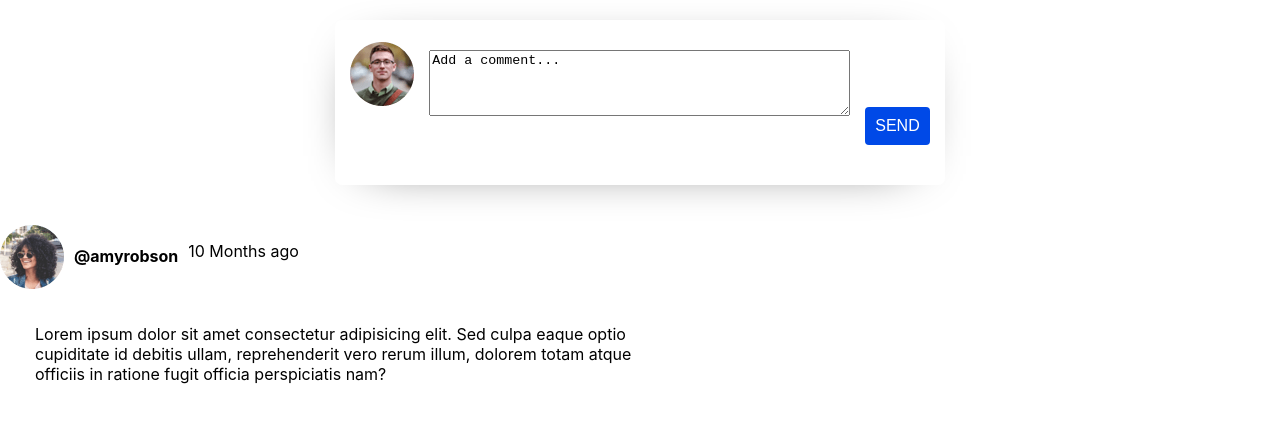
Repository: badhon252/interactive-comments-section
Page: /
These files come from the project's save history. The page is drawn as it stood at one moment and after the next save; the edit follows.
The browser window is 1280 px wide. The pictures show the whole page.
The project was rebuilt for these pictures with package versions that can differ from the ones it lists, and the page was loaded fresh each time.

Above is the page before, as saved 2022-01-27 22:08:51.

### public/index.html
<!DOCTYPE html>
<html lang="en">

<head>
  <meta charset="utf-8" />
  <link rel="icon" href="%PUBLIC_URL%/favicon.ico" />
  <meta name="viewport" content="width=device-width, initial-scale=1" />
  <meta name="theme-color" content="#000000" />
  <meta name="description" content="Web site created using create-react-app" />
  <link rel="apple-touch-icon" href="%PUBLIC_URL%/logo192.png" />

  <link rel="manifest" href="%PUBLIC_URL%/manifest.json" />

  <title>interactive-comments-section</title>
</head>

<body>
  <noscript>You need to enable JavaScript to run this app.</noscript>
  <div id="root"></div>

</body>

</html>

### src/App.js
import WriteComments from "./components/WriteComments";
// import WriteComments from "./components/WriteComments";

function App() {
  return (
    <div className="App">
      <WriteComments />
    </div>
  );
}

export default App;

### src/components/WriteComments.js
import React from "react";
import "../App.css";
import Avatar from "../images/avatars/image-juliusomo.png";
import Comments from "./Comments";
export default function WriteComments() {
  return (
    <div className="main-div">
      <div className="comment-input ">
        <form action="" className="comment-section shadow">
          <img src={Avatar} alt="images" className="my-img" />
          <textarea name="" id="" rows="4" cols="50">
            Add a comment...
          </textarea>
          <button className="submit-btn">SEND</button>
        </form>{" "}
      </div>
      <Comments />
    </div>
  );
}

### src/App.css
.main-div {
  /* width: 40rem; */
  margin: auto;
}
.comment-input {
  display: flex;
  justify-content: center;
}
.comment-section {
  padding: 15px;
  margin: 20px;
  border-radius: 7px;
}

.submit-btn {
  background-color: rgb(0, 73, 231);
  color: white;
  border: none;
  border-radius: 4px;
  font-size: 1rem;
  padding: 10px;
  margin-bottom: 25px;
  /* align-items: flex-start; */
}

.my-img {
  max-width: 80%;
  margin-bottom: 25px;
}
textarea {
  margin: 15px;
}

.shadow {
  box-shadow: -3px 7px 54px -36px rgba(0, 0, 0, 1);
  -webkit-box-shadow: -3px 7px 54px -36px rgba(0, 0, 0, 1);
  -moz-box-shadow: -3px 7px 54px -36px rgba(0, 0, 0, 1);
}

/* single comment section ==== */
.comments {
  margin: 20px 0;
}
.profile-info {
  display: flex;
}
.random-img {
  max-width: 100%;
}
.name {
  padding: 0 10px;
}
.single-comment {
  justify-content: center;
  width: 40rem;
  padding: 15px;
  margin: 20px;
}

### src/components/Comments.js
import React from "react";
import avartar from "../images/avatars/image-amyrobson.png";
const Comments = () => {
  return (
    <div className="comments">
      <div className="profile-info">
        <img src={avartar} alt="" className="random-img" />
        <h4 className="name">@amyrobson</h4>

        <p className="time">10 Months ago</p>
      </div>

      <p className="single-comment">
        Lorem ipsum dolor sit amet consectetur adipisicing elit. Sed culpa eaque
        optio cupiditate id debitis ullam, reprehenderit vero rerum illum,
        dolorem totam atque officiis in ratione fugit officia perspiciatis nam?
      </p>
    </div>
  );
};

export default Comments;

Loaded but not shown: src/index.js (common file); src/index.css (common file); src/reportWebVitals.js (common file)

After the next save:
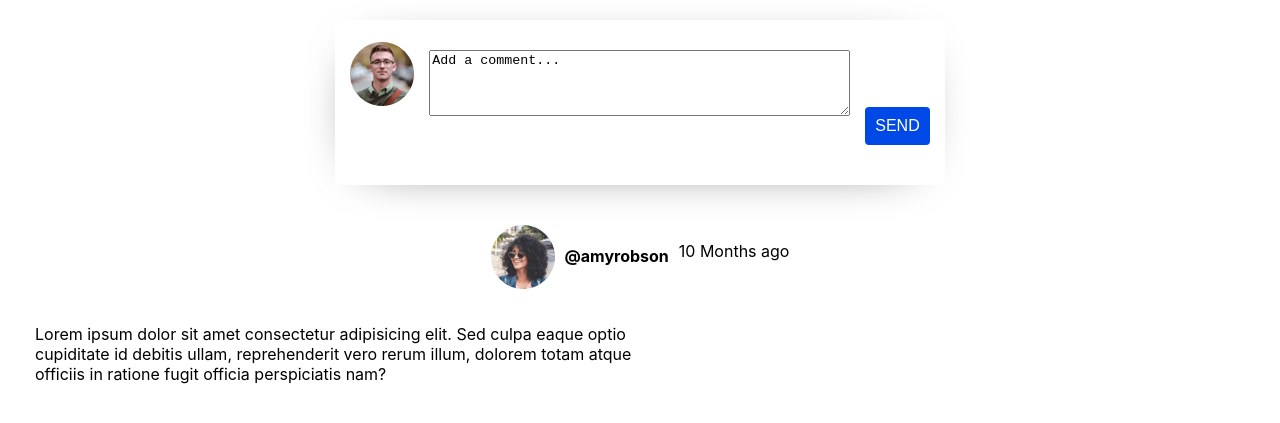
Saved 20 s later.
--- a/src/App.css
+++ b/src/App.css
@@ -43,6 +43,7 @@
 }
 .profile-info {
   display: flex;
+  justify-content: center;
 }
 .random-img {
   max-width: 100%;
@@ -51,7 +52,6 @@
   padding: 0 10px;
 }
 .single-comment {
-  justify-content: center;
   width: 40rem;
   padding: 15px;
   margin: 20px;

After the 2 saves that followed:
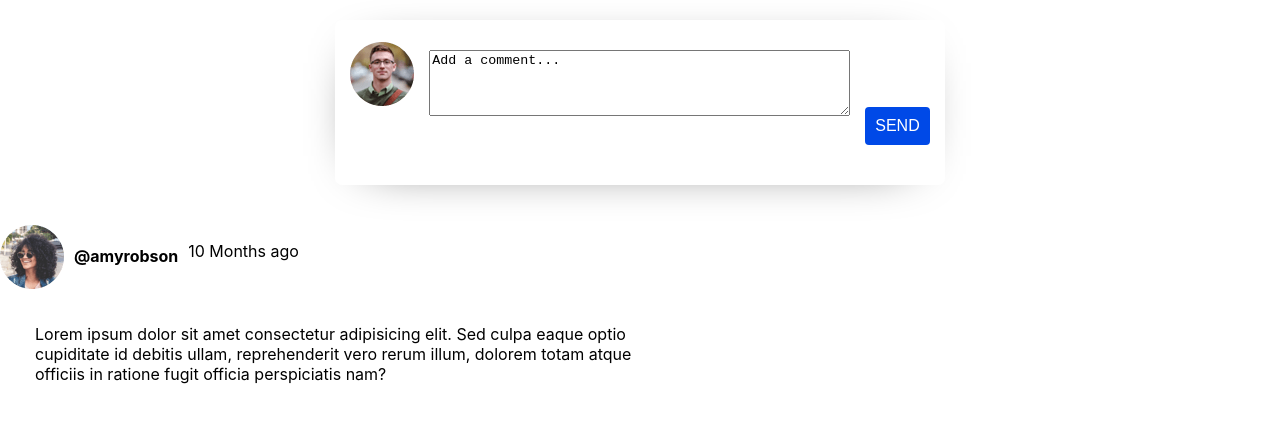
The 2 saves are shown as one change because 1 left the picture as it was.
The last was saved 80 s later.
--- a/src/App.css
+++ b/src/App.css
@@ -40,10 +40,10 @@
 /* single comment section ==== */
 .comments {
   margin: 20px 0;
+  justify-content: center;
 }
 .profile-info {
   display: flex;
-  justify-content: center;
 }
 .random-img {
   max-width: 100%;
